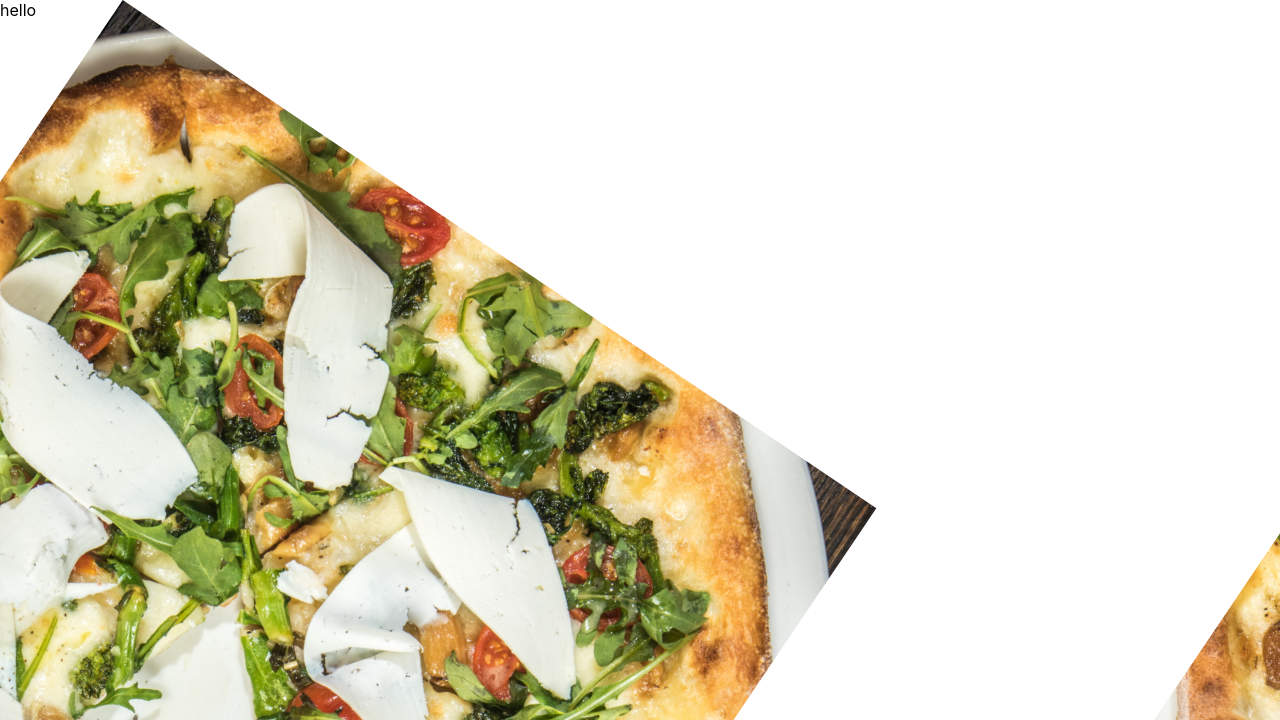
Repository: hobsond/DeliveryApp
Page: / (app in delivery/)
These files come from the project's save history. The page is drawn as it stood at one moment and after the next save; the edit follows.
The browser window is 1280 px wide. The pictures show the whole page.
The project was rebuilt for these pictures with package versions that can differ from the ones it lists, and the page was loaded fresh each time.

Above is the page before, as saved 2021-02-16 21:03:28.

After the next save:
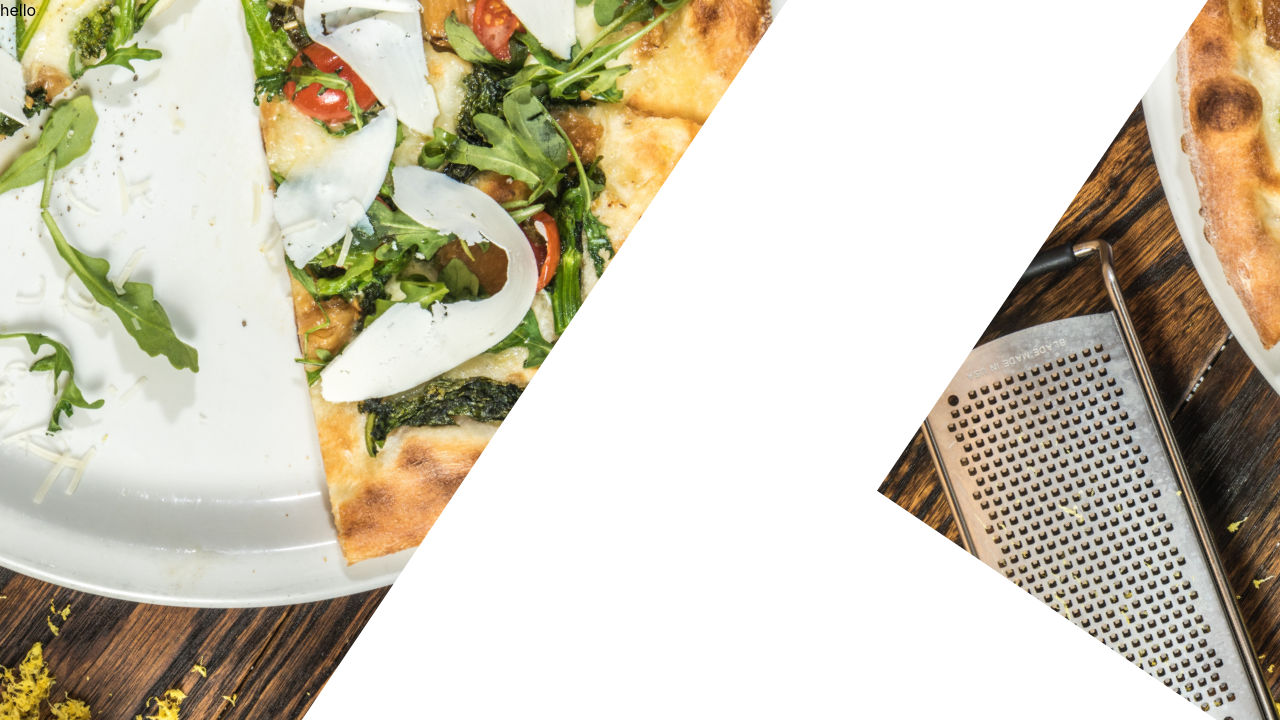
Saved 15 s later.
--- a/delivery/src/App.css
+++ b/delivery/src/App.css
@@ -2,4 +2,5 @@
   background:url('./images/mobile/homeScreen/bgMobile.png');
   height:100vh;
   background-position-x: -40em;
+  background-position-y: -40em;
 }
